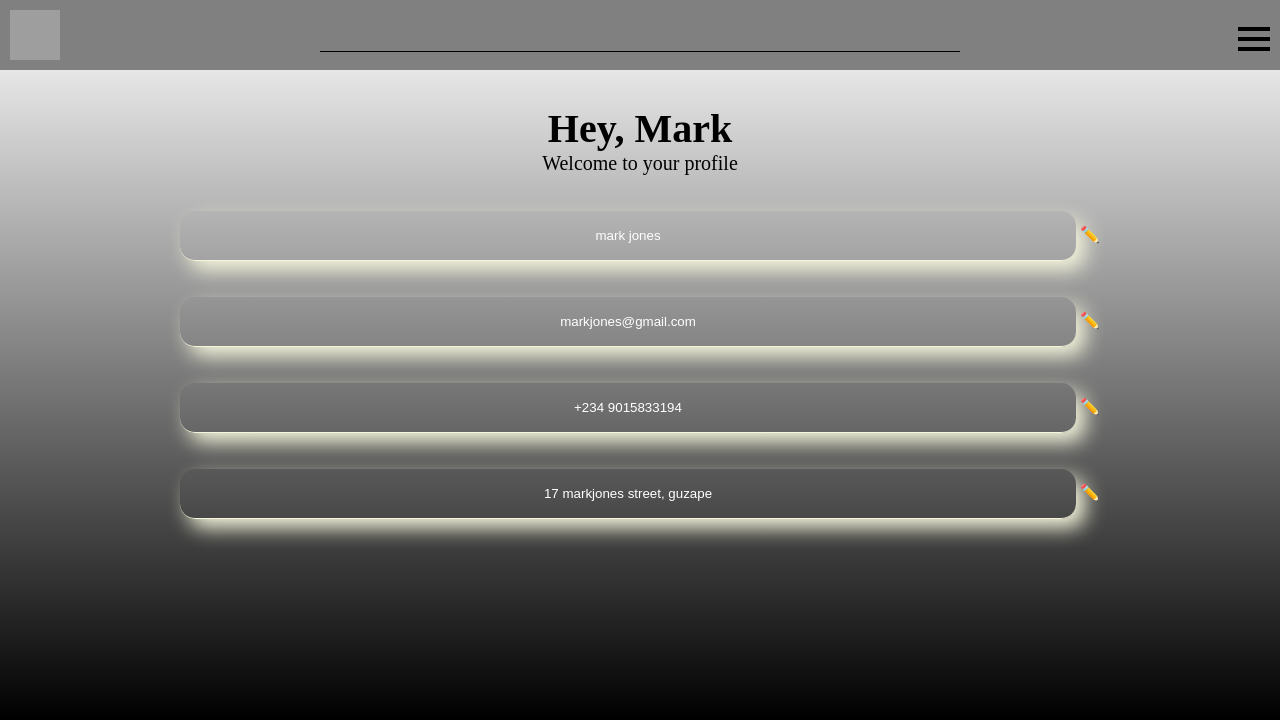
Repository: cmd-keyu/mobileppsh
Page: pages/account.html
An editor plug-in stored every save of this project. The page is shown before and after the next save, followed by the edit.
The browser window is 1280 px wide. The pictures show the whole page.
Pictures or frames that could not be fetched are drawn as grey boxes.

Above is the page before, as saved 2024-11-12 19:20:05.

After the next save:
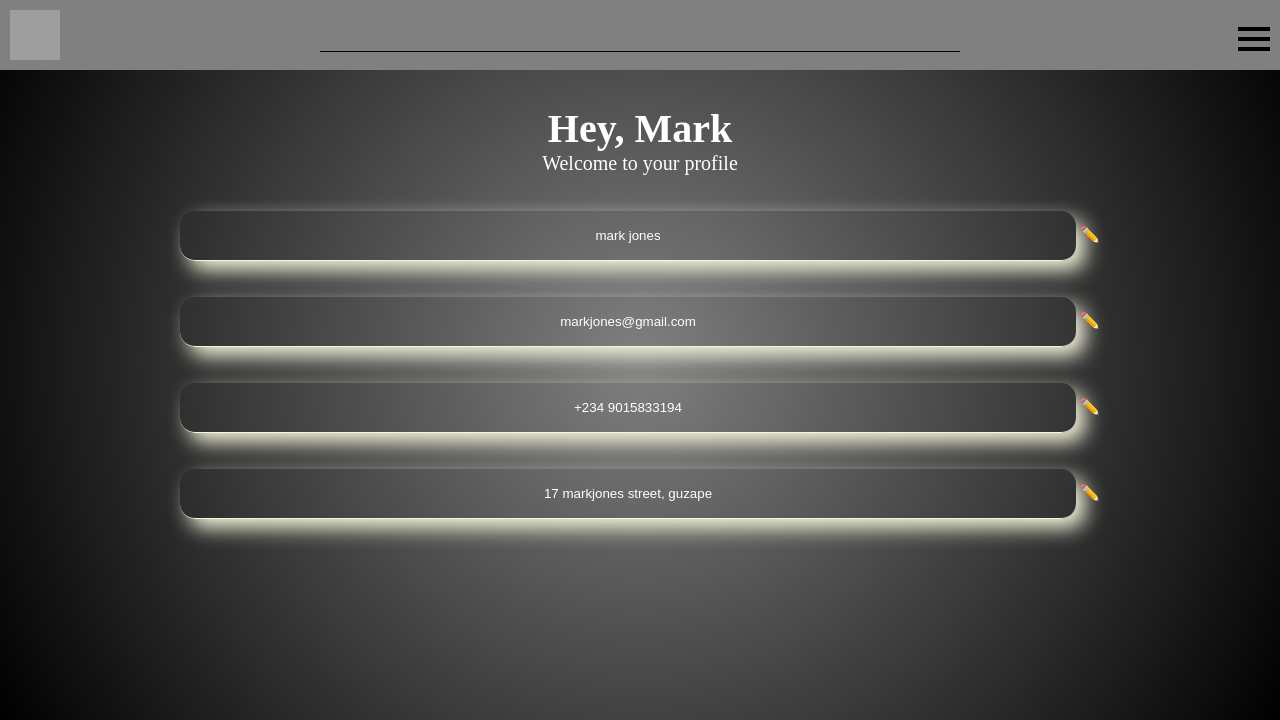
Saved 18 s later.
--- a/css/account.css
+++ b/css/account.css
@@ -13,7 +13,7 @@
 }
 
 body{
-  background:linear-gradient(white, black) no-repeat;
+  background : radial-gradient(circle, gray, black), no-repeat;
   height: 100vh;
 }
 
@@ -175,7 +175,8 @@ footer h2{
 
 .profile_text0{
   text-align: center;
-  font-size: 20px
+  font-size: 20px;
+  color: white;
 }
 
 
